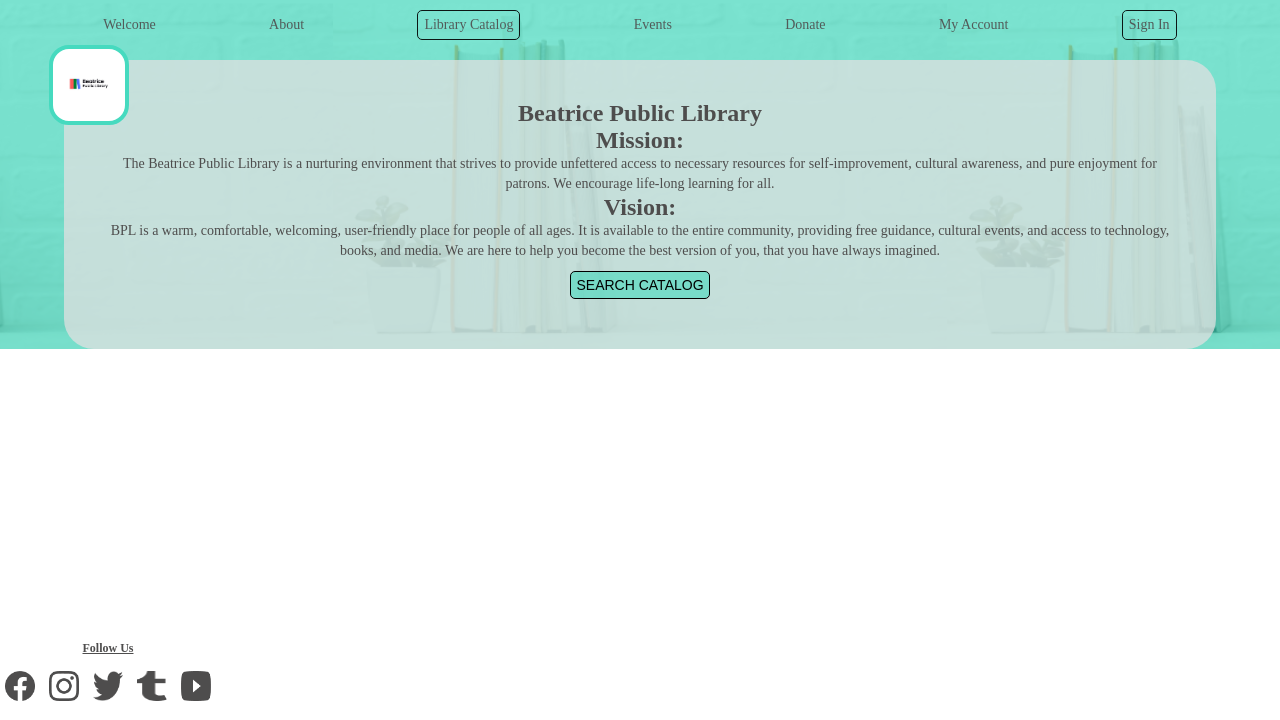
Repository: cokoduwa/RA-Wk5-Library
Page: about.html
The author's editor kept a copy of each file at every save. The page is drawn from the files as they stood at one save, then again after the next save.
The browser window is 1280 px wide. The pictures show the whole page.

Above is the page before, as saved 2023-01-26 20:24:14.

### about.html
<!DOCTYPE html>
<html lang="en">
<head>
    <meta charset="UTF-8">
    <meta http-equiv="X-UA-Compatible" content="IE=edge">
    <meta name="viewport" content="width=device-width, initial-scale=1.0">
    <link rel="stylesheet" href="about.css">
    <title>About The Library</title>
</head>
<body>
    <div class="back-img-2">
        <div class="back-color">
            <nav>
                <div class="menu-options">
                    <a href="index.html">Welcome</a>
                    <a href="#">About</a>
                    <a class="nav-link" href="#">Library Catalog</a>
                    <a href="#">Events</a>
                    <a href="#">Donate</a>
                    <a href="#">My Account</a>
                    <a class="nav-link" href="signin.html">Sign In</a>
                </div>
            </nav>

            <main>

                <div class="sections">

                    <section id="about" class="card">
                        <img id="logo" src="images/BPLcanvaLogo.jpeg" alt="BPL Logo">

                            <h1>Beatrice Public Library</h1>

                            <h2>Mission:</h2>
                            <p>The Beatrice Public Library is a nurturing environment that strives to provide unfettered
                                access to necessary resources for self-improvement, cultural awareness, and pure enjoyment
                                for patrons. We encourage life-long learning for all.</p>

                            <h2>Vision:</h2>
                            <p>BPL is a warm, comfortable, welcoming, user-friendly place for people of all ages. It is
                                available to the entire community, providing free guidance, cultural events, and access to
                                technology, books, and media. We are here  to help you become the best version of you, that
                                you have always imagined.</p>

                            <button>SEARCH CATALOG</button>
                        </section>

                </div>


            </main>

            <footer id="footer">
                <h3>Follow Us</h3>
                <img class="social-media-logos" src="images/facebook.png" alt="Facebook Logo">
                <img class="social-media-logos" src="images/instagram.png" alt="Instagram Logo">
                <img class="social-media-logos" src="images/twitter.png" alt="Twitter Logo">
                <img class="social-media-logos" src="images/tumblr.png" alt="Tumblr Logo">
                <img class="social-media-logos" src="images/youtube.png" alt="YouTube Logo">
            </footer>

        </div>
    </div>


</body>
</html>

### about.css
*{
    padding:0;
    margin:0;
    box-sizing: border-box;
}

body {
    color: #4E4D4D;
    font-family: 'Arial Rounded MT Bold';
    width: 100%;
}

.back-color {
    background-color: rgb(70, 218, 191, 0.7);
}

.back-img-2 {
    height: 100%;
    background-position: center;
    background-size: contain;
    background-image: url("images/books-plant.png");

}

/****** Navigation Bar/Menu for all pages ******/
.menu-options{
    display: flex;
    justify-content: space-evenly;
    align-items: center;
    gap: 10px;
    opacity: 0.9;
    padding:10px 0;
}

nav a {
    text-decoration: none;
    color: #4E4D4D;
    font-size: 8px;
}
.nav-link {
    border-radius: 5px;
    border: 1px solid black;
    padding: 6px;
}

/***** Main Sections ******/
.sections {
    width: 90%;
    margin: 0 auto;

}

.card {
    background-color: rgba(224, 224, 224, 0.75);
    position: relative;
    border-radius: 30px;
    margin: 50px 0;
}


/****** First Section - Intro ******/

#about {
    text-align: center;
    padding: 40px;
    margin: 10px auto;
}

#about p {
    padding: 10px auto;
    font-size: 12px;
    line-height: 20px;
}

#about h2 {
    font-size: 14px;
}

#about button {
    font-size: 12px;
    padding: 5px;
    margin: 10px auto;
    background-color: rgb(70, 218, 191, 0.6);
    border-radius: 5px;
    border: solid 1px;
}

.intro-img {
    border-radius: 30px;
    border: 4px solid #46DABF;
    width: 60%;
    margin: 10px;
}

#logo {
    width: 80px;
    height: 80px;
    border-radius: 20px;
    border: 4px solid #46DABF;
    padding: 10px;
    position: absolute;
    top: -15px;
    left: -15px;
    background-color: white;
}

#logo img {
    width: 100%;
}

/* #about {
    display: flex;
    flex-direction: column;
    justify-content: center;
    align-items: center;
    padding: 0px;
    gap: 20px;
    position: absolute;
    text-align: center;
} */

/****** Footer for all pages ******/

footer {
    text-align: center;
    margin: 10px auto;
}

footer h3 {
    font-size: 12px;
    text-decoration: underline;
    padding: 10px;
}

#footer {
    position: absolute;
    bottom: 0;
}

.social-media-logos{
    width: 2.5em;
    height: 2.5em;
    padding: .3em;
}


/***** Media Queries *****/

/* Medium devices (landscape tablets, 768px and up) */
@media only screen and (min-width: 768px) {
    nav a {
        font-size: 14px;
    }

    #about p {
        font-size: 16px;
    }

    #about h2 {
        font-size: 18px;
    }

}

/* Large devices (laptops/desktops, 992px and up) */
@media only screen and (min-width: 992px) {

    #about p {
        font-size: 14px;
    }

    #about h2 {
        font-size: 24px;
    }

    #about button {
        font-size: 14px;
    }
}

After the next save:
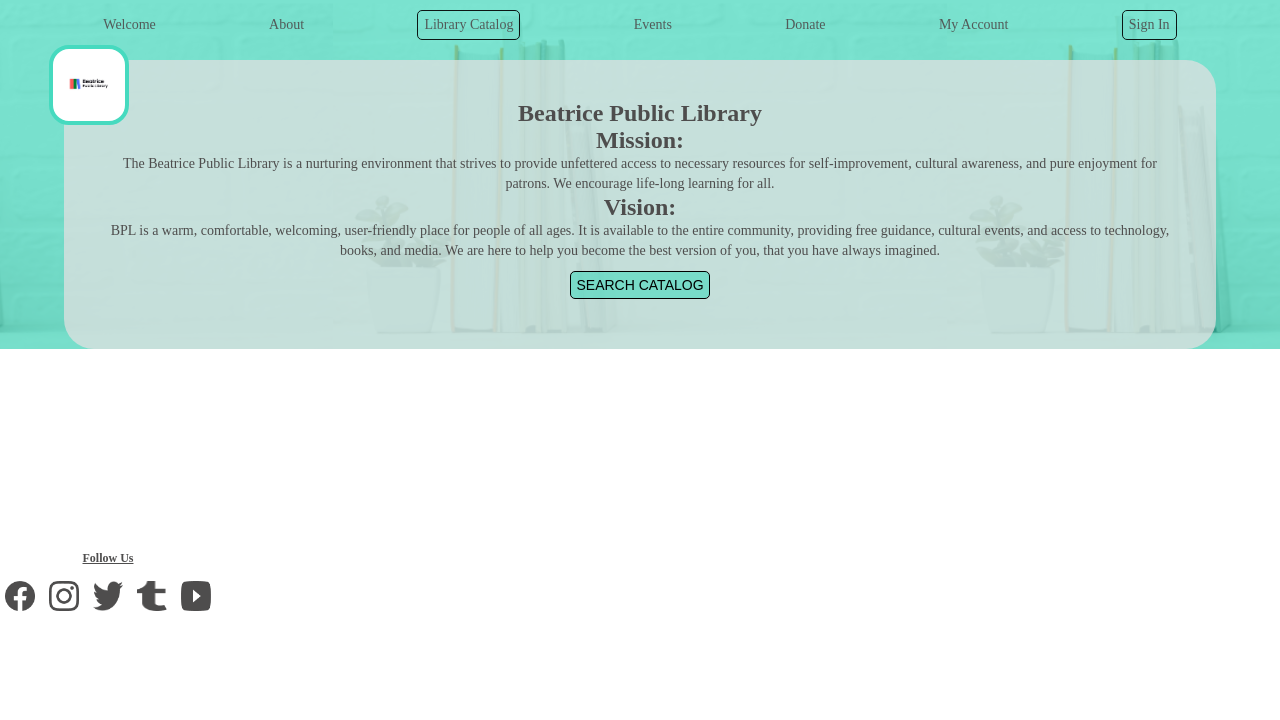
Saved 7 s later.
--- a/about.css
+++ b/about.css
@@ -123,7 +123,7 @@
 
 footer {
     text-align: center;
-    margin: 10px auto;
+    margin: 100px auto;
 }
 
 footer h3 {
